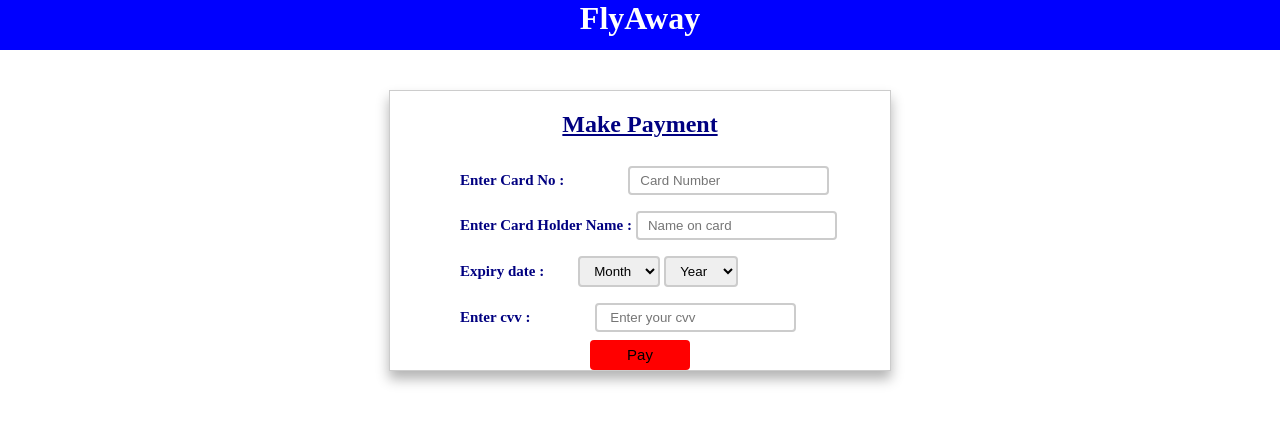
Repository: KartikMuchakandimath/Flyaway
Page: http://localhost/FlayAway/Payment.jsp
An editor plug-in stored every save of this project. The page is shown before and after the next save, followed by the edit.
The browser window is 1280 px wide. The pictures show the whole page.
The page is served by Tomcat 9. Other server files are loaded and not shown.

Above is the page before, as saved 2022-04-22 19:59:44.

### FlayAway/src/main/webapp/Payment.jsp
<%@ page language="java" contentType="text/html; charset=ISO-8859-1"
    pageEncoding="ISO-8859-1"%>
<!DOCTYPE html>
<html>
<head>
<meta charset="ISO-8859-1">
<title>Payment</title>
<style>
body{
margin : 0;
padding : 0;
}
.head{
background-color : #0000FF;
color : #fff;
height : 50px;
}
h1{
	margin: auto;
	font-family : "Times New Roman", Times, serif;
	text-align : center;
}
.pay-box{
	margin :auto;
	margin-top : 40px;
	color: #000080;
	width : 500px;
	border : 1px solid #ccc;
	box-shadow : 0 8px 12px 0px rgba(0,0,0,0.3);
	positive : absolute;
}
label{
	font-weight : bold;
	padding-left: 70px ;
	font-size: 15px;

}
input{
	padding: 5px 10px;
  	margin: 8px 0;
  	display: inline-block;
  	border: 2px solid #ccc;
  	border-radius: 4px;
  	box-sizing: border-box;

}
select{
	padding: 5px 10px;
  	margin: 8px 0;
  	display: inline-block;
  	border: 2px solid #ccc;
  	border-radius: 4px;
  	box-sizing: border-box;
}
button{
  	border-radius: 4px;
	border:none;
	height: 30px;
	width : 100px;
	border:none;
	height: 30px;
	display : inline-block;
	font-size : 15px;
	font-width : bold;
	background-color: red;
	}
</style>
</head>
<body>
<div class="head">
	<h1>FlyAway</h1>
</div>
	<%
	Object flight=session.getAttribute("flightno");
	%>
	<div class="pay-box">
	<div>
	<h2><center><u>Make Payment</u></center></h2>
	</div>
		<form action="BookingDetails.jsp" method="post">
			<label style="padding-right: 60px;">Enter Card No :</label>
			<input type="text" name="cardno"  placeholder="Card Number"><br/>
			<label>Enter Card Holder Name :</label>
			<input type="text" name="nameoncard" placeholder="Name on card" ><br/>
			<label style="padding-right: 30px;">Expiry date :</label>
			<span><select name=month>Month
			  <option >Month</option>
			  <% for(int i=1;i<=12;i++){ %>
			  <option value="<% out.println(i); %>"><% out.println(i); %></option>
			  <%} %>
			  </select>
			  <select name=year>Year
			  <option >Year</option>
			  <% for(int i=2020;i<=2030;i++){ %>
			  <option value="<% out.println(i); %>"><% out.println(i); %></option>
			  <%} %>
			  </select></span><br>

			 <label style="padding-right: 60px;"> Enter cvv :</label>
			  <input type="password" name="cvv" placeholder=" Enter your cvv" maxlength="3" >
			  <br>

			  <center><button type="submit" name="submit">Pay</button></center>

		</form>
	</div>
</body>
</html>

After the next save:
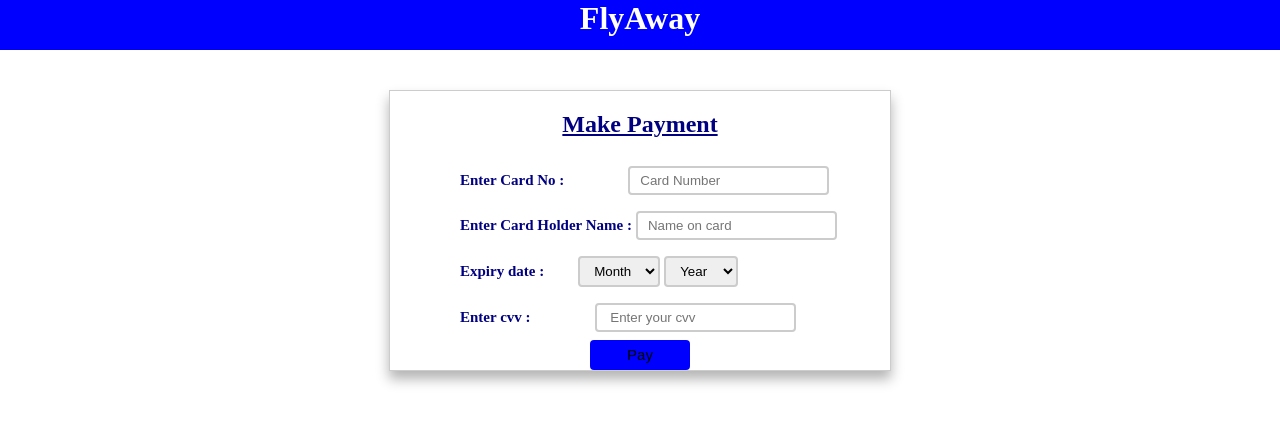
Saved 13 s later.
--- a/FlayAway/src/main/webapp/Payment.jsp
+++ b/FlayAway/src/main/webapp/Payment.jsp
@@ -62,7 +62,7 @@ button{
 	display : inline-block;
 	font-size : 15px;
 	font-width : bold;
-	background-color: red;
+	background-color: Blue;
 	}
 </style>
 </head>
